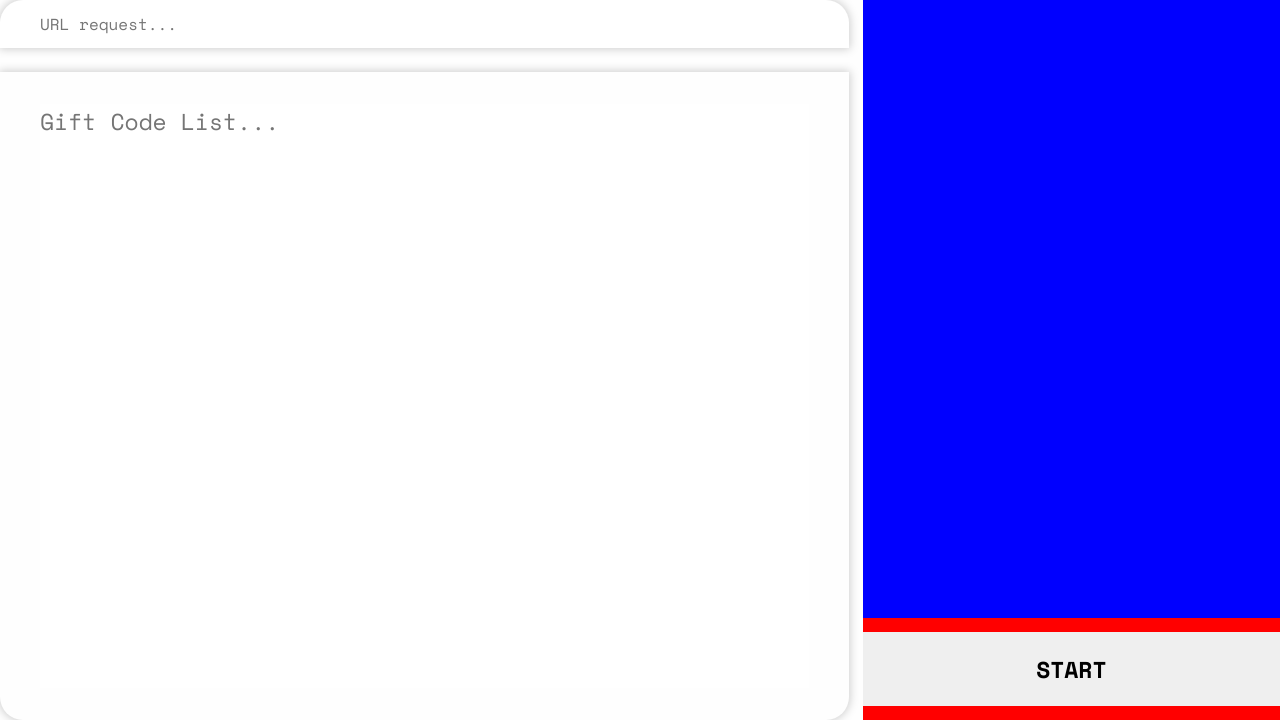
Repository: 777hanh777hanh/test
Page: index.html
These files come from the project's save history. The page is drawn as it stood at one moment and after the next save; the edit follows.
The browser window is 1280 px wide. The pictures show the whole page.

Above is the page before, as saved 2023-06-30 17:28:47.

After the next save:
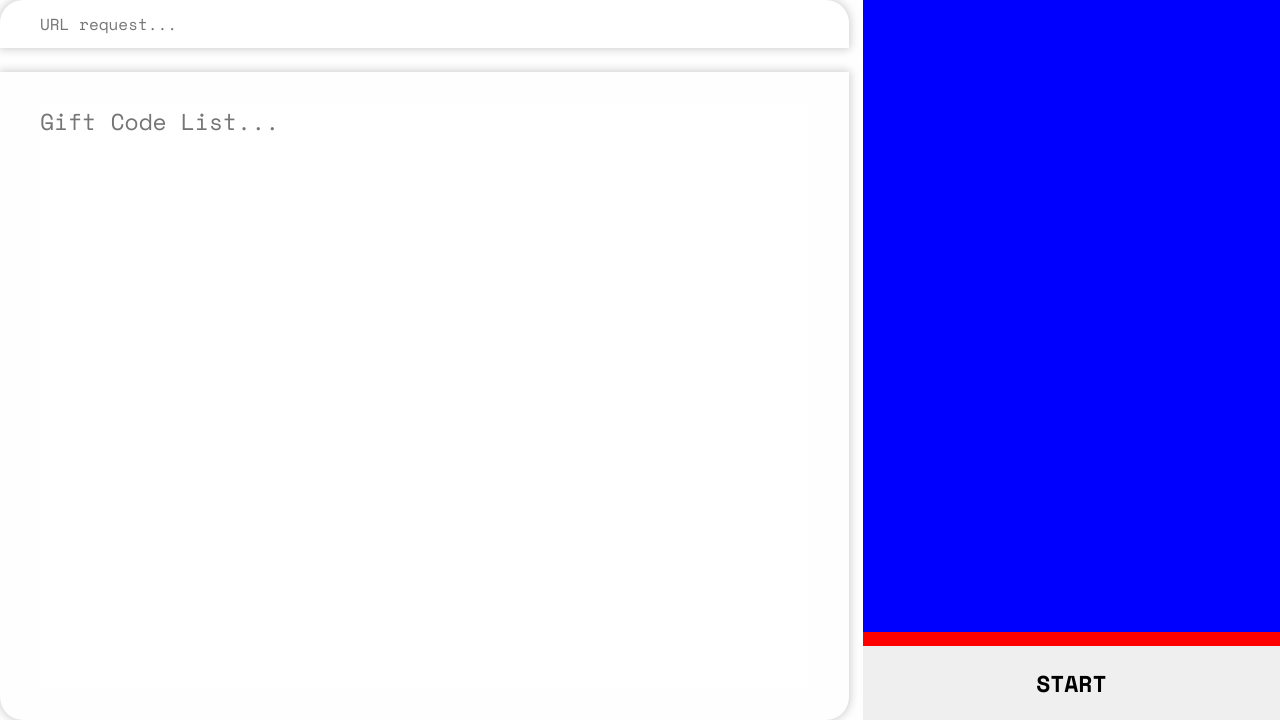
Saved 9 s later.
--- a/assets/css/style.css
+++ b/assets/css/style.css
@@ -85,6 +85,7 @@ html *::-webkit-scrollbar-track {
     display: flex;
     flex-direction: column;
     background: red;
+    row-gap: 14px;
 }
 
 .result {
@@ -93,7 +94,6 @@ html *::-webkit-scrollbar-track {
 }
 
 .btn {
-    margin: 14px 0;
     padding: 20px;
     font-size: 2.3rem;
     font-weight: 700;
